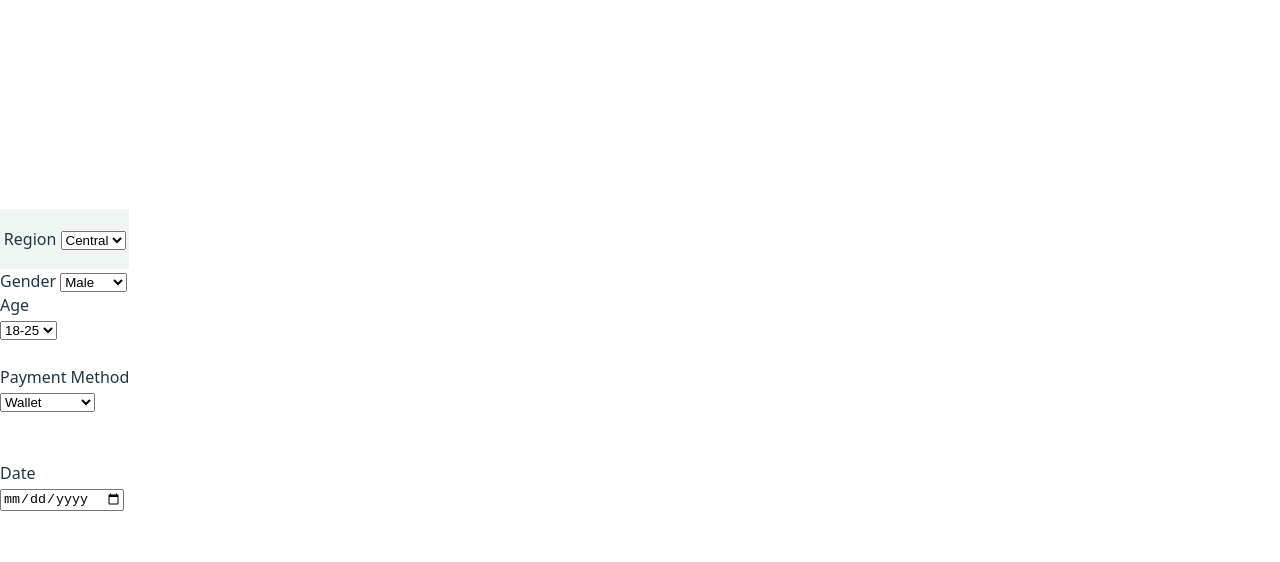
Repository: SandeepYadav18717/TruEstae
Page: / (app in TruEstae/)
An editor plug-in stored every save of this project. The page is shown before and after the next save, followed by the edit.
The browser window is 1280 px wide. The pictures show the whole page.
The project was rebuilt for these pictures with package versions that can differ from the ones it lists, and the page was loaded fresh each time. Also part of the build but not shown: TruEstae/vite.config.js, TruEstae/src/App.css, TruEstae/src/Styles/Logo.css, TruEstae/src/Pages/Logo.jsx, TruEstae/src/Styles/search_bar.css, TruEstae/src/components/search_bar.jsx.

Above is the page before, as saved 2025-12-06 22:18:31.

After the next save:
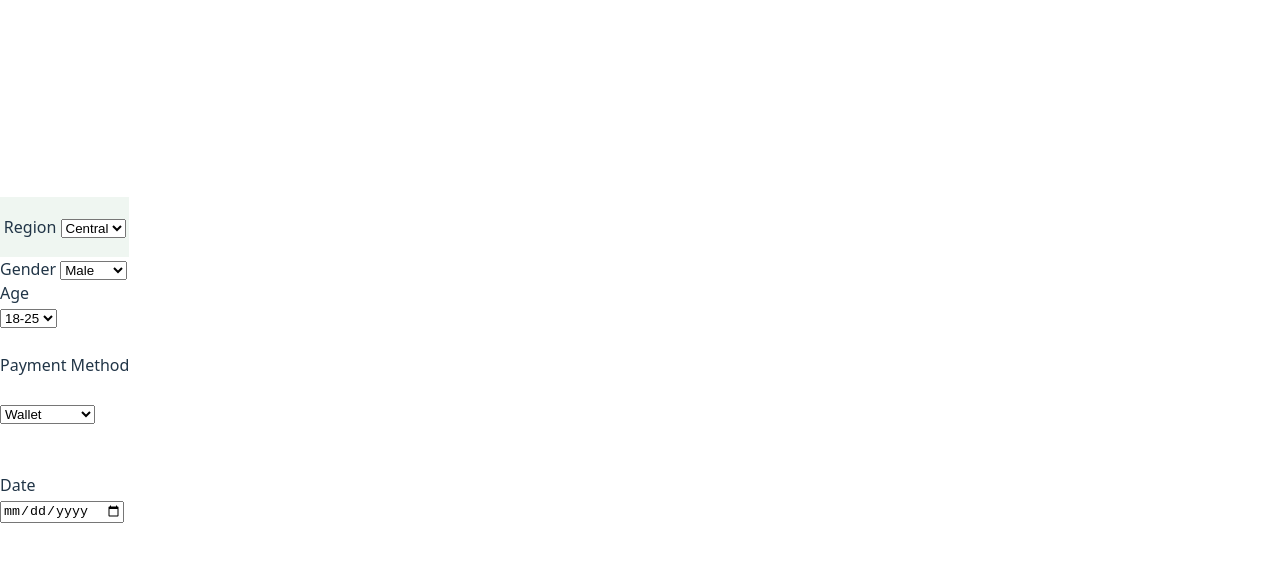
Saved 31 s later.
--- a/TruEstae/src/Pages/Home.jsx
+++ b/TruEstae/src/Pages/Home.jsx
@@ -48,7 +48,7 @@ function Home() {
 <br/>
         <div id ="Payment_Method">
             <label>Payment Method</label>
-            <br></br>
+            <br></br><br/>
           <select>
             <option>Wallet</option>
             <option>Cash</option>
